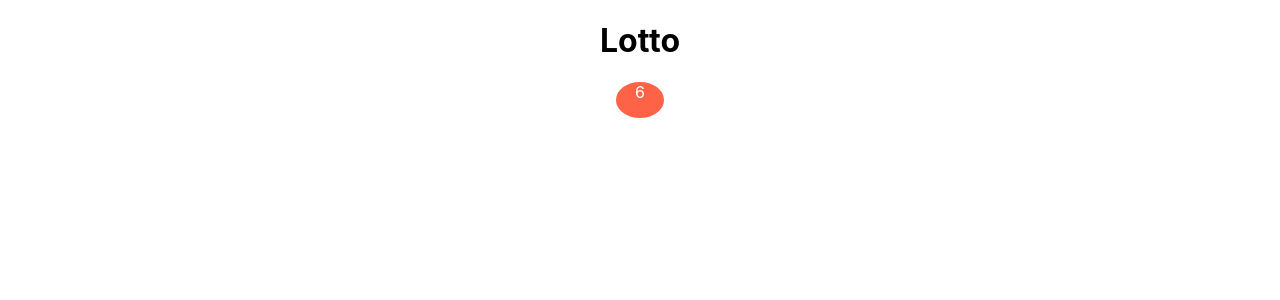
Repository: dung8466/learn-react
Page: / (app in lottery/)
These files come from the project's save history. The page is drawn as it stood at one moment and after the next save; the edit follows.
The browser window is 1280 px wide. The pictures show the whole page.
The project was rebuilt for these pictures with package versions that can differ from the ones it lists, and the page was loaded fresh each time. Also part of the build but not shown: lottery/src/Lotto.css.

Above is the page before, as saved 2022-09-18 20:38:16.

### lottery/src/App.js
import React, {Component} from 'react';
import './App.css';
import Lotto from './Lotto';
class App extends Component{
  render(){
    return (
      <div className="App">
        <Lotto />
      </div>
    );
  }
}

export default App;

### lottery/src/Lotto.js
import React, {Component} from "react";
import './Lotto.css';
import LotteryBall from "./LotteryBall";

class Lotto extends Component{
    static defaultProps = {
        title : 'Lotto',
        numBall : 6,
        maxNum: 99
    }
    constructor(props){
        super(props);
        this.state = {nums : []};
    }
    render(){
        return(
            <div className="lotto">
                <h1>{this.props.title}</h1>
                <LotteryBall nums={6}/>
            </div>
        );
    }
}

export default Lotto;

### lottery/src/LotteryBall.js
import React, {Component} from "react";
import './LotteryBall.css';

class LotteryBall extends Component{
    render(){
        return(
            <div className="ball">{this.props.nums}</div>
        );
    }
}

export default LotteryBall;

### lottery/src/LotteryBall.css
.ball{
    display: inline-block;
    background-color: tomato;
    color: white;
    border-radius: 50%;
    width: 3em;
    height: 2.25em;
    text-align: center;
}

Loaded but not shown: lottery/public/index.html (common file); lottery/src/index.js (common file); lottery/src/index.css (common file); lottery/src/reportWebVitals.js (common file); lottery/src/App.css (common file)

After the next save:
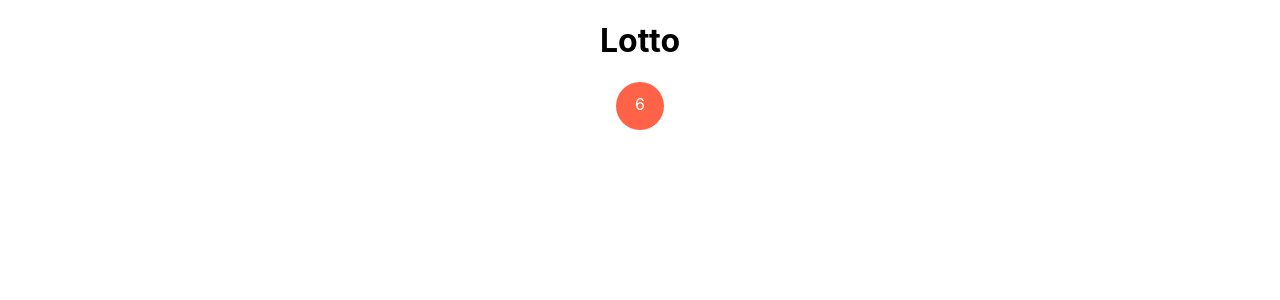
Saved 13 s later.
--- a/lottery/src/LotteryBall.css
+++ b/lottery/src/LotteryBall.css
@@ -6,4 +6,5 @@
     width: 3em;
     height: 2.25em;
     text-align: center;
+    padding-top: 0.75em;
 }
